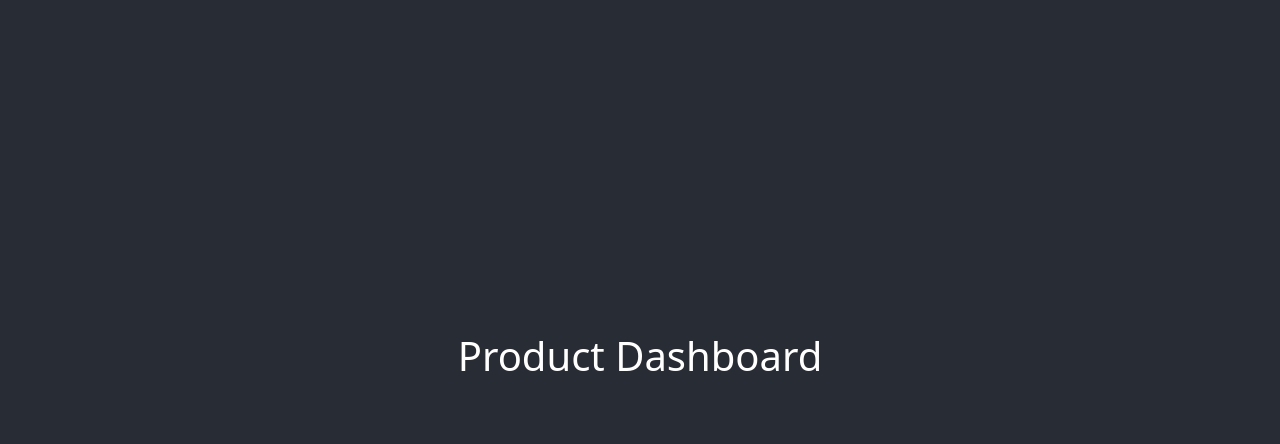
Repository: mahsa199170/React-Redux-Projects
Page: / (app in redux-toolkit-product-dashboard-app/)
An editor plug-in stored every save of this project. The page is shown before and after the next save, followed by the edit.
The browser window is 1280 px wide. The pictures show the whole page.
The page's requests for data from a server got no answer. The project was rebuilt for these pictures with package versions that can differ from the ones it lists, and the page was loaded fresh each time. No one was signed in, and anything a server would have sent is missing. Also part of the build but not shown: redux-toolkit-product-dashboard-app/src/components/productDetails/ProductDetails.js, redux-toolkit-product-dashboard-app/src/components/cart/Cart.js.

Above is the page before, as saved 2024-10-29 14:05:37.

After the next save:
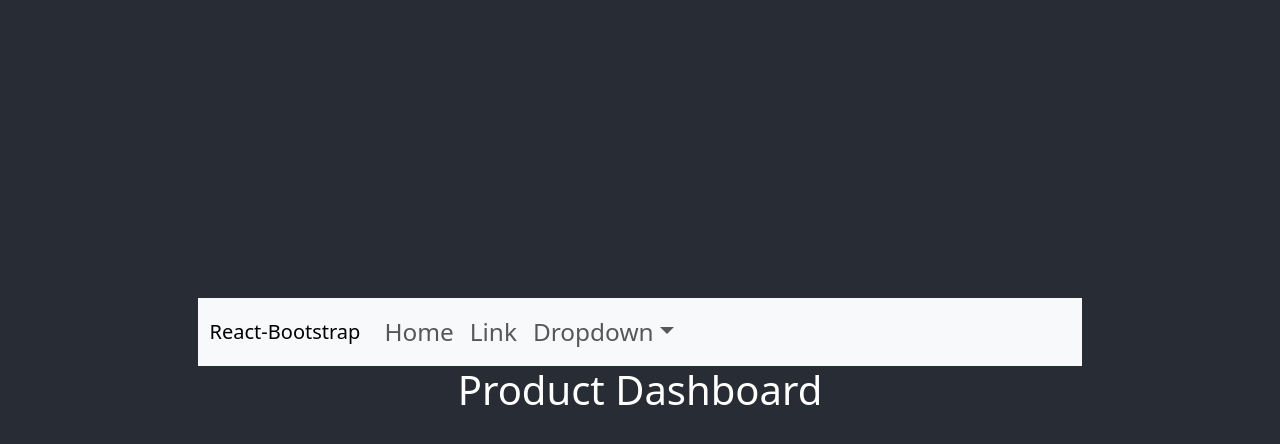
Saved 15 s later.
--- a/redux-toolkit-product-dashboard-app/src/components/navbarPanel/NavbarPanel.js
+++ b/redux-toolkit-product-dashboard-app/src/components/navbarPanel/NavbarPanel.js
@@ -5,7 +5,35 @@ import Navbar from 'react-bootstrap/Navbar';
 import NavDropdown from 'react-bootstrap/NavDropdown';
 
 const NavbarPanel = () => {
-  return <div></div>;
+  return (
+    <div>
+      <Navbar expand="lg" className="bg-body-tertiary">
+        <Container>
+          <Navbar.Brand href="#home">React-Bootstrap</Navbar.Brand>
+          <Navbar.Toggle aria-controls="basic-navbar-nav" />
+          <Navbar.Collapse id="basic-navbar-nav">
+            <Nav className="me-auto">
+              <Nav.Link href="#home">Home</Nav.Link>
+              <Nav.Link href="#link">Link</Nav.Link>
+              <NavDropdown title="Dropdown" id="basic-nav-dropdown">
+                <NavDropdown.Item href="#action/3.1">Action</NavDropdown.Item>
+                <NavDropdown.Item href="#action/3.2">
+                  Another action
+                </NavDropdown.Item>
+                <NavDropdown.Item href="#action/3.3">
+                  Something
+                </NavDropdown.Item>
+                <NavDropdown.Divider />
+                <NavDropdown.Item href="#action/3.4">
+                  Separated link
+                </NavDropdown.Item>
+              </NavDropdown>
+            </Nav>
+          </Navbar.Collapse>
+        </Container>
+      </Navbar>
+    </div>
+  );
 };
 
 export default NavbarPanel;
